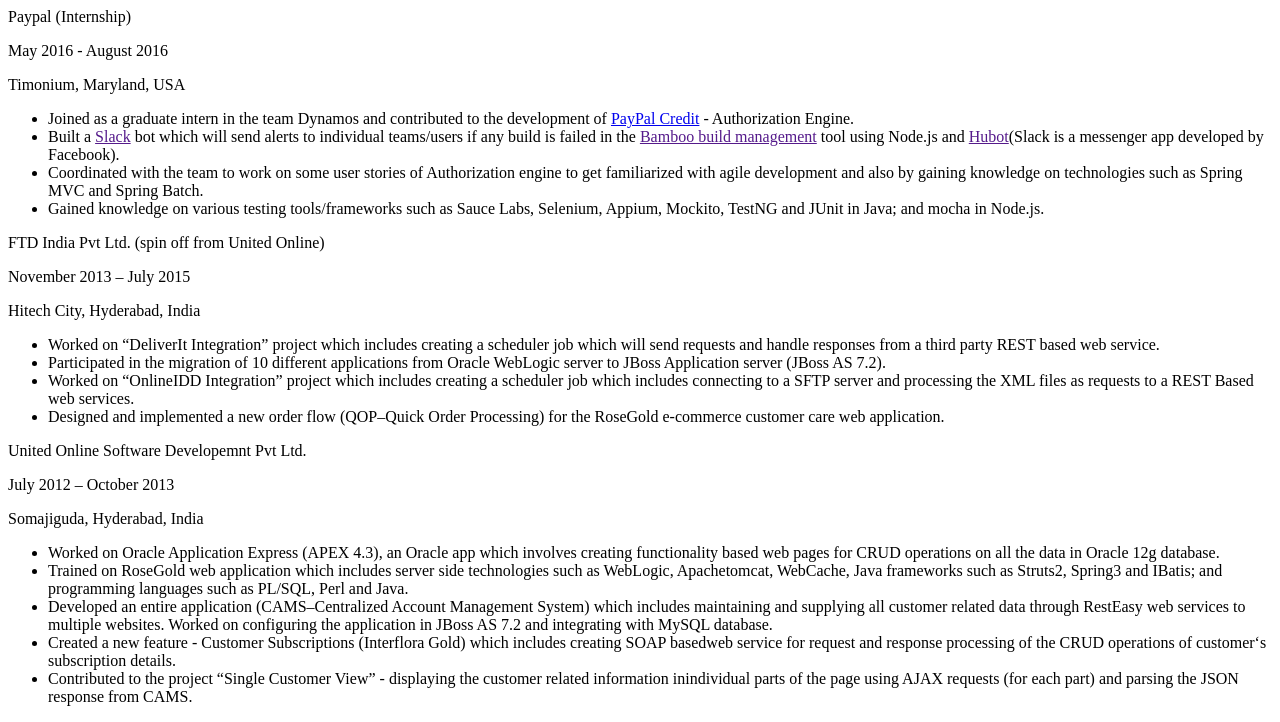
Repository: phanindrakannaji/Resume
Page: http://localhost/application/pages/experience.php
An editor plug-in stored every save of this project. The page is shown before and after the next save, followed by the edit.
The browser window is 1280 px wide. The pictures show the whole page.
The page is run by PHP 8.4 with error messages shown; the project is at /var/www/html/.

Above is the page before, as saved 2016-09-25 16:46:34.
Console error: ReferenceError: $ is not defined

After the next save:
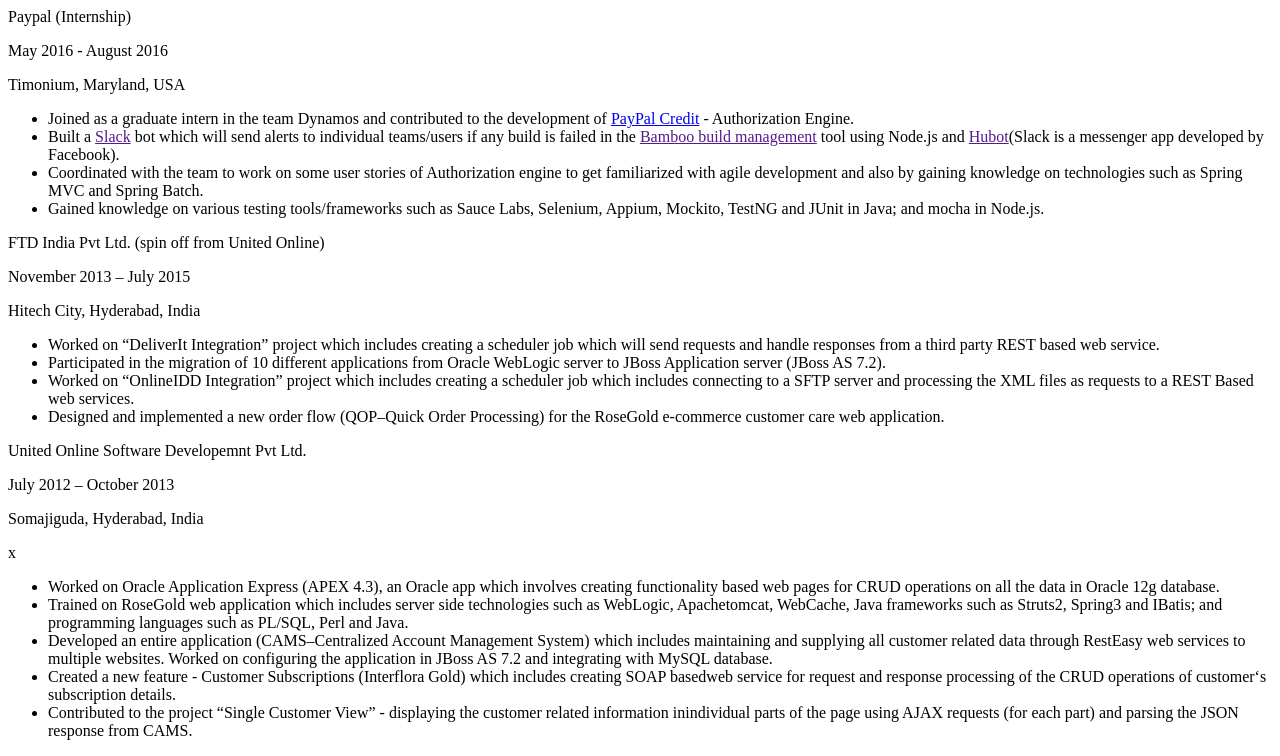
Saved 27 s later.
--- a/Resume/application/pages/experience.php
+++ b/Resume/application/pages/experience.php
@@ -58,34 +58,38 @@
 
 <div class="divExperience customfont2">
 	<div class="divExperienceHeading">
-		<p class="expHeading expHeadingContent">United Online Software Developemnt Pvt Ltd.</p>
+		<p class="expHeading expHeadingContent">United Online Software
+			Developemnt Pvt Ltd.</p>
 		<p class="expHeadingContent">July 2012 – October 2013</p>
 		<p class="expHeadingContent divExperiencelocation ">Somajiguda,
 			Hyderabad, India</p>
 	</div>
 	<div class="divExperienceWork modal">
-		<ul>
-			<li>Worked on Oracle Application Express (APEX 4.3), an Oracle app
-				which involves creating functionality based web pages for CRUD
-				operations on all the data in Oracle 12g database.</li>
-			<li>Trained on RoseGold web application which includes server side
-				technologies such as WebLogic, Apachetomcat, WebCache, Java
-				frameworks such as Struts2, Spring3 and IBatis; and programming
-				languages such as PL/SQL, Perl and Java.</li>
-			<li>Developed an entire application (CAMS–Centralized Account
-				Management System) which includes maintaining and supplying all
-				customer related data through RestEasy web services to multiple
-				websites. Worked on configuring the application in JBoss AS 7.2 and
-				integrating with MySQL database.</li>
-			<li>Created a new feature - Customer Subscriptions (Interflora Gold)
-				which includes creating SOAP basedweb service for request and
-				response processing of the CRUD operations of customer‘s
-				subscription details.</li>
-			<li>Contributed to the project “Single Customer View” - displaying
-				the customer related information inindividual parts of the page
-				using AJAX requests (for each part) and parsing the JSON response
-				from CAMS.</li>
-		</ul>
+		<div class="modal-content">
+			<span class="close">x</span>
+			<ul>
+				<li>Worked on Oracle Application Express (APEX 4.3), an Oracle app
+					which involves creating functionality based web pages for CRUD
+					operations on all the data in Oracle 12g database.</li>
+				<li>Trained on RoseGold web application which includes server side
+					technologies such as WebLogic, Apachetomcat, WebCache, Java
+					frameworks such as Struts2, Spring3 and IBatis; and programming
+					languages such as PL/SQL, Perl and Java.</li>
+				<li>Developed an entire application (CAMS–Centralized Account
+					Management System) which includes maintaining and supplying all
+					customer related data through RestEasy web services to multiple
+					websites. Worked on configuring the application in JBoss AS 7.2 and
+					integrating with MySQL database.</li>
+				<li>Created a new feature - Customer Subscriptions (Interflora Gold)
+					which includes creating SOAP basedweb service for request and
+					response processing of the CRUD operations of customer‘s
+					subscription details.</li>
+				<li>Contributed to the project “Single Customer View” - displaying
+					the customer related information inindividual parts of the page
+					using AJAX requests (for each part) and parsing the JSON response
+					from CAMS.</li>
+			</ul>
+		</div>
 	</div>
 </div>
 <script type="text/javascript" src="../resources/scripts/experience.js"></script>
